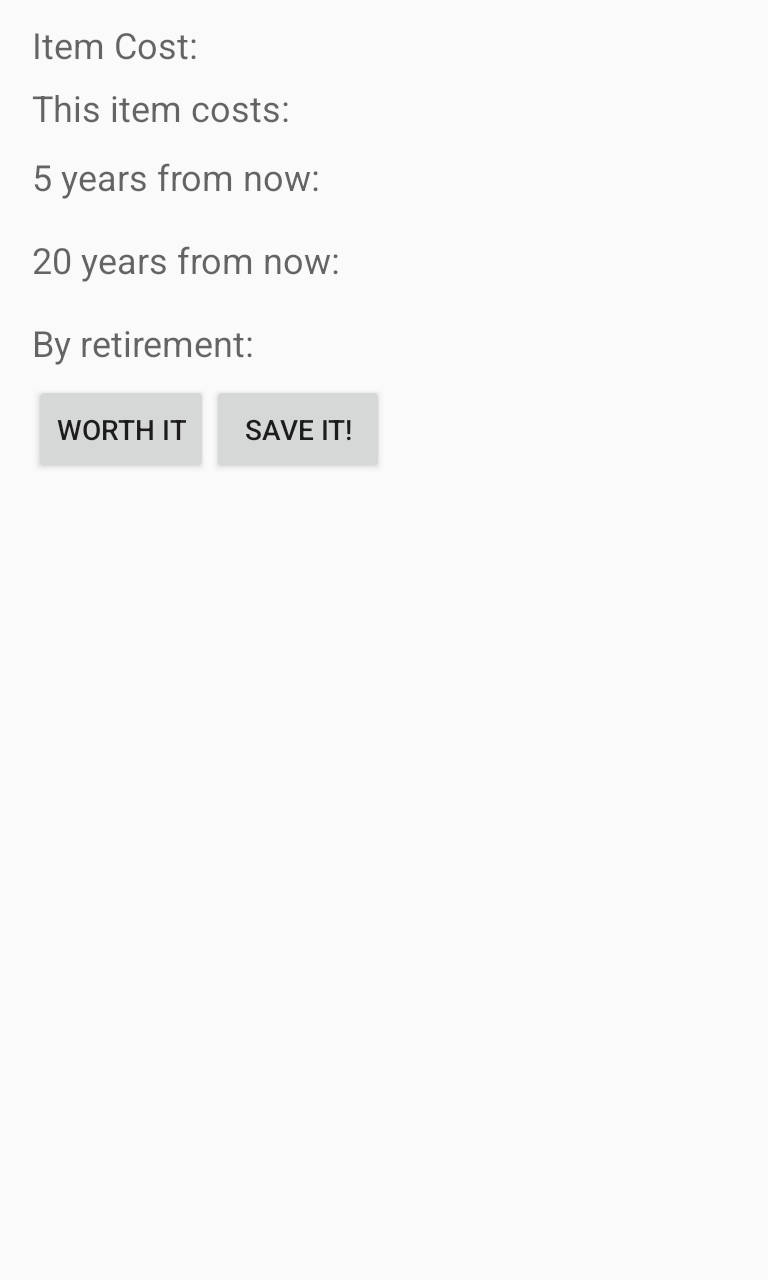
Repository: aallev11/saveit
Layout: ShouldISaveIt/res/layout/activity_main.xml
The author's editor kept a copy of each file at every save. The layout is drawn from the files as they stood at one save, then again after the next save.
It is drawn on a 768 x 1280 px phone screen (xhdpi) without system bars, with theme AppTheme; the app's code is not run.

Above is the layout before, as saved 2014-03-29 21:17:31.

### ShouldISaveIt/res/layout/activity_main.xml
<FrameLayout xmlns:android="http://schemas.android.com/apk/res/android"
    xmlns:tools="http://schemas.android.com/tools"
    android:id="@+id/container"
    android:layout_width="match_parent"
    android:layout_height="match_parent"
    tools:context="com.example.shouldisaveit.MainActivity"
    tools:ignore="MergeRootFrame" >

    <LinearLayout
        android:layout_width="fill_parent"
        android:layout_height="fill_parent"
        android:orientation="vertical"
        android:paddingLeft="16dp"
        android:paddingRight="16dp" >

        <LinearLayout
            android:layout_width="fill_parent"
            android:layout_height="wrap_content"
            android:orientation="horizontal" >

            <TextView
                android:id="@+id/itemCost"
                android:layout_width="fill_parent"
                android:layout_height="wrap_content"
                android:text="Item Cost: "
                android:textAppearance="?android:attr/textAppearanceMedium" />

            <EditText
                android:id="@+id/editItemCost"
                android:layout_width="match_parent"
                android:layout_height="wrap_content"
                android:ems="10"
                android:inputType="number"
                android:onClick="changeTextValue"
                android:width="40dp" >

                <requestFocus />
            </EditText>
        </LinearLayout>

        <TextView
            android:layout_width="fill_parent"
            android:layout_height="wrap_content"
            android:text="This item costs:  "
            android:textAppearance="?android:attr/textAppearanceMedium" />

        <LinearLayout
            android:layout_width="fill_parent"
            android:layout_height="wrap_content"
            android:orientation="horizontal" >

            <TextView
                android:layout_width="fill_parent"
                android:layout_height="wrap_content"
                android:text="5 years from now:  "
                android:textAppearance="?android:attr/textAppearanceMedium" />

            <EditText
                android:id="@+id/edit5years"
                android:layout_width="match_parent"
                android:layout_height="wrap_content"
                android:ems="10"
                android:inputType="number"
                android:onClick="changeTextValue"
                android:width="40dp" >
            </EditText>
        </LinearLayout>

        <LinearLayout
            android:layout_width="fill_parent"
            android:layout_height="wrap_content"
            android:orientation="horizontal" >

            <TextView
                android:layout_width="fill_parent"
                android:layout_height="wrap_content"
                android:text="20 years from now:  "
                android:textAppearance="?android:attr/textAppearanceMedium" />

            <EditText
                android:id="@+id/edit20years"
                android:layout_width="match_parent"
                android:layout_height="wrap_content"
                android:ems="10"
                android:inputType="number"
                android:onClick="changeTextValue"
                android:width="40dp" >

                <requestFocus />
            </EditText>
        </LinearLayout>

        <LinearLayout
            android:layout_width="fill_parent"
            android:layout_height="wrap_content"
            android:orientation="horizontal" >

            <TextView
                android:layout_width="fill_parent"
                android:layout_height="wrap_content"
                android:text="By retirement:  "
                android:textAppearance="?android:attr/textAppearanceMedium" />

            <EditText
                android:id="@+id/editByRetirement"
                android:layout_width="match_parent"
                android:layout_height="wrap_content"
                android:ems="10"
                android:inputType="number"
                android:onClick="changeTextValue"
                android:width="40dp" >
            </EditText>
        </LinearLayout>

        <LinearLayout
            android:layout_width="fill_parent"
            android:layout_height="wrap_content"
            android:orientation="horizontal" >

            <Button
                android:id="@+id/worthIt"
                android:layout_width="wrap_content"
                android:layout_height="wrap_content"
                android:onClick="worthIt"
                android:text="Worth It" />

            <Button
                android:id="@+id/saveIt"
                android:layout_width="wrap_content"
                android:layout_height="wrap_content"
                android:text="Save It!" />
        </LinearLayout>
    </LinearLayout>

</FrameLayout>

Loaded but not shown: ShouldISaveIt/res/values/styles.xml (common file); ShouldISaveIt/res/values-v11/styles.xml (common file); ShouldISaveIt/res/values-v14/styles.xml (common file)

After the next save:
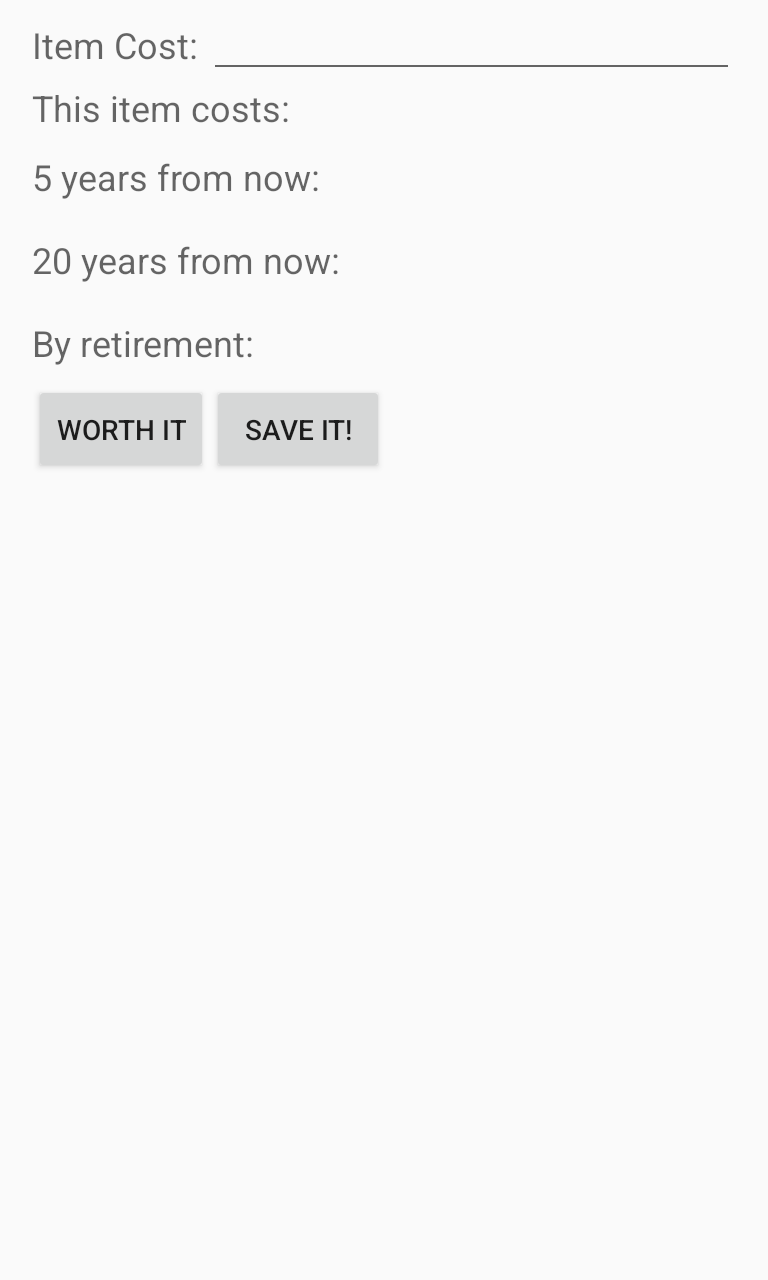
Saved 10 min 0 s later.
--- a/ShouldISaveIt/res/layout/activity_main.xml
+++ b/ShouldISaveIt/res/layout/activity_main.xml
@@ -20,7 +20,7 @@
 
             <TextView
                 android:id="@+id/itemCost"
-                android:layout_width="fill_parent"
+                android:layout_width="wrap_content"
                 android:layout_height="wrap_content"
                 android:text="Item Cost: "
                 android:textAppearance="?android:attr/textAppearanceMedium" />
